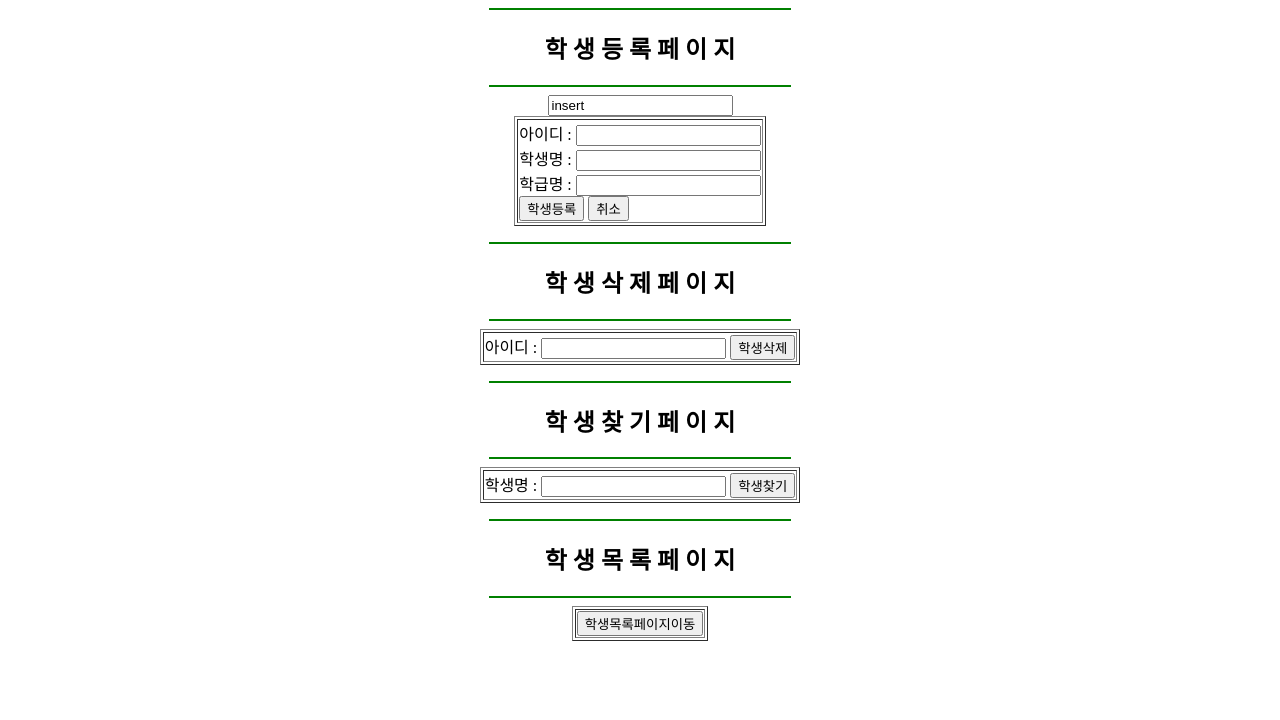
Repository: dlswn666/SpringStudy
Page: http://localhost/mvc3/student.jsp
These files come from the project's save history. The page is drawn as it stood at one moment and after the next save; the edit follows.
The browser window is 1280 px wide. The pictures show the whole page.
The page is served by Tomcat 9. Nobody is signed in. The application's start-up code is not run.

Above is the page before, as saved 2021-02-21 09:07:59.

After the next save:
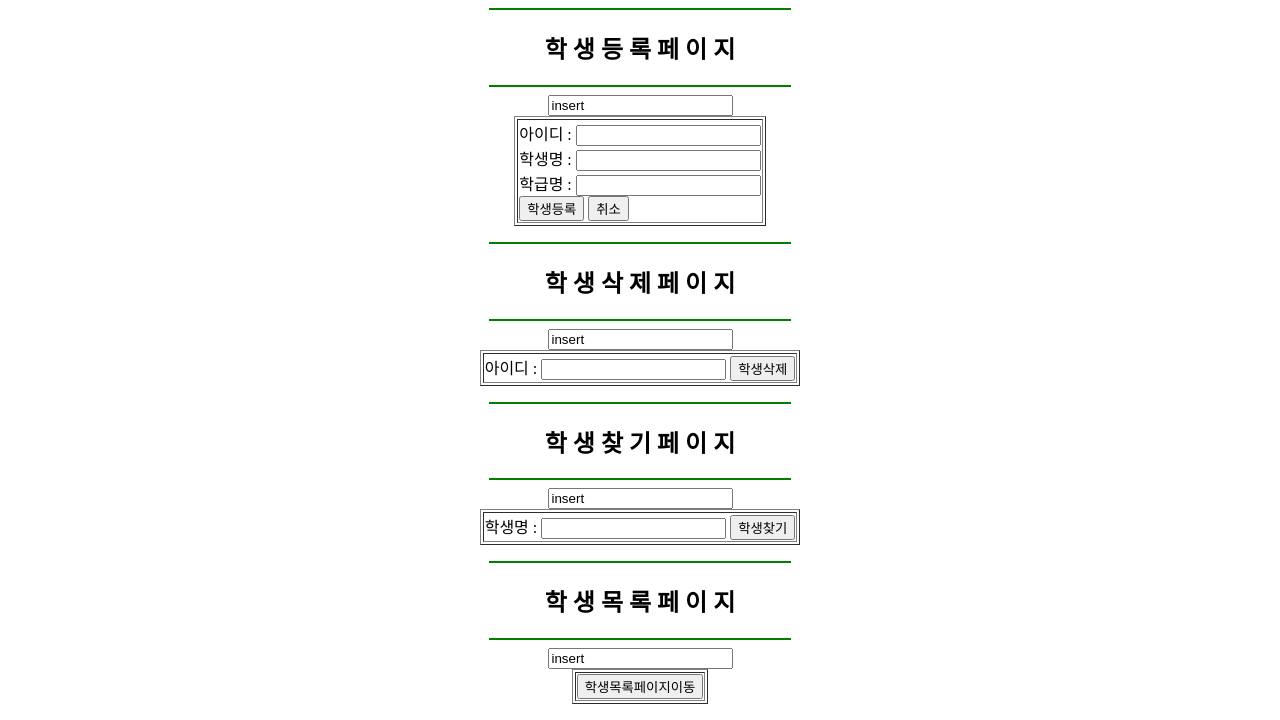
Saved 22 s later.
--- a/mvc3/WebContent/student.jsp
+++ b/mvc3/WebContent/student.jsp
@@ -27,6 +27,7 @@
 		<h2>학 생 삭 제 페 이 지</h2>
 		<hr color="green" width="300">
 		<form name="f" action="student.do" method="post">
+		<input type="hiden" name="command" value="insert">
 			<table border="1">
 				<tr>
 					<td>
@@ -40,6 +41,7 @@
 		<h2>학 생 찾 기 페 이 지</h2>
 		<hr color="green" width="300">
 		<form name="f" action="student.do" method="post">
+		<input type="hiden" name="command" value="insert">
 			<table border="1">
 				<tr>
 					<td>
@@ -52,7 +54,8 @@
 		<hr color="green" width="300">
 		<h2>학 생 목 록 페 이 지</h2>
 		<hr color="green" width="300">
-		<form name="f" action="list.st" method="post">
+		<form name="f" action="student.do" method="post">
+		<input type="hiden" name="command" value="insert">
 			<table border="1">
 				<tr>
 					<td>
